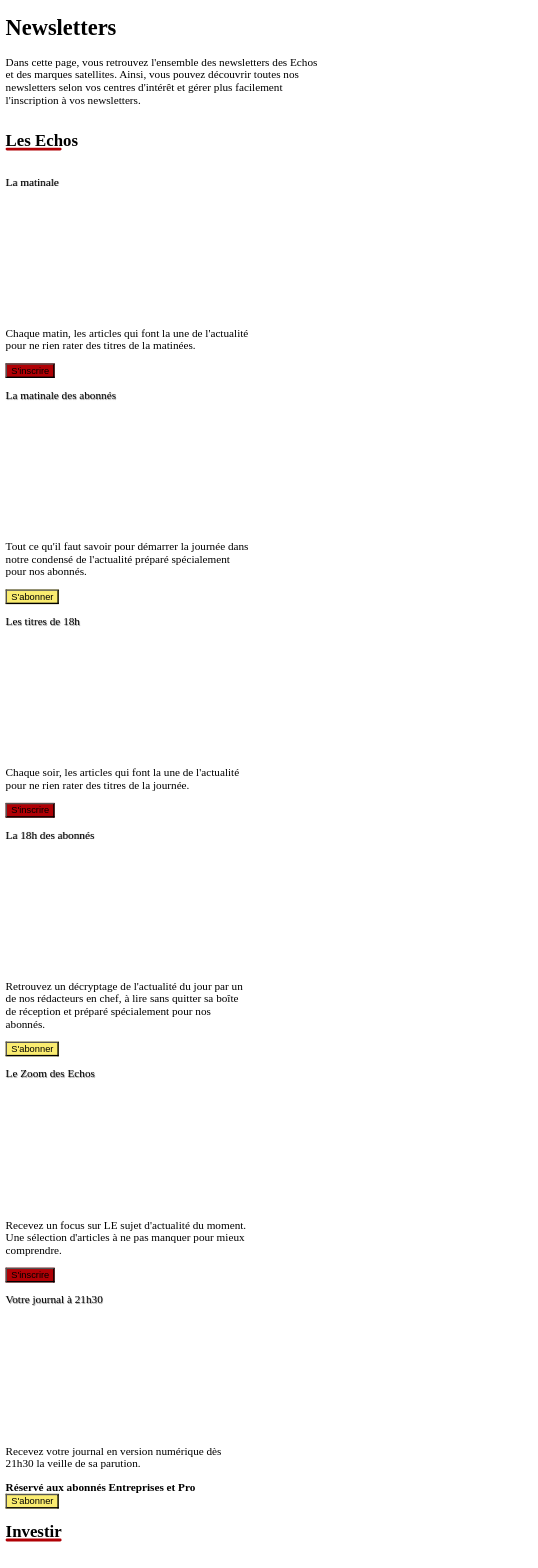
Repository: JeremyBeherec/technical-test-les-echos
Page: /
These files come from the project's save history. The page is drawn as it stood at one moment and after a run of saves; the edit follows.
The browser window is 768 px wide. The pictures show the part of the page from y = 0 to 2240 px (the page is 3096 px tall before and 3078 px after), at 70% of full size.
The project was rebuilt for these pictures with package versions that can differ from the ones it lists, and the page was loaded fresh each time. Also part of the build but not shown: vite.config.ts.

Above is the page before, as saved 2024-04-17 16:19:05.

### index.html
<!doctype html>
<html lang="en">
  <head>
    <meta charset="UTF-8" />
    <link rel="icon" href="/icon.png" />
    <meta name="viewport" content="width=device-width, initial-scale=1.0" />
    <title>Les Echos Newsletters</title>
  </head>
  <body>
    <div id="root"></div>
    <script type="module" src="/src/main.tsx"></script>
  </body>
</html>

### src/main.tsx
import React from 'react';
import ReactDOM from 'react-dom/client';
import 'tailwindcss/tailwind.css';

import { Router } from './Router.tsx';
import './index.css';

ReactDOM.createRoot(document.getElementById('root')!).render(
  <React.StrictMode>
    <Router />
  </React.StrictMode>,
);

### src/Router.tsx
import { BrowserRouter, Routes, Route, Navigate } from 'react-router-dom';

import { Newsletters } from './components/pages/Newsletters';

export const Router = () => {
  return (
    <BrowserRouter>
      <Routes>
        {/** since there is no "home page" in this test, redirect the root path to the newsletters */}
        <Route path="/" element={<Navigate to="/newsletters" />} />
        <Route path="/newsletters" element={<Newsletters />} />
      </Routes>
    </BrowserRouter>
  );
}

### src/index.css
:root {
  --accent-main: #b00005;
  --accent-secondary: #faec70;
}

### src/components/pages/Newsletters/index.ts
export * from './Newsletters';

### src/components/pages/Newsletters/Newsletters.tsx
import { Article } from '~/components/molecules/Article';
import { lesEchos, investments } from '~/data/newsletters';

import { Header } from './Header';
import './Newsletters.css';

export const Newsletters = () => {
  return (
    <div className="flex justify-center">
      <div className="flex flex-col gap-4 container p-4">
        <Header />

        <main className="flex flex-col gap-12">
          <section className="flex flex-col gap-6">
            <h2 className="text-xl font-bold uppercase text-with-border pb-4">Les Echos</h2>

            <div className="flex gap-4 flex-wrap justify-around">
              {lesEchos.map(newsletter => (
                <Article
                  key={newsletter.id}
                  title={newsletter.title}
                  description={newsletter.description}
                  note={newsletter.note}
                  accessType={newsletter.accessType}
                />
              ))}
            </div>
          </section>

          <section className="flex flex-col gap-6">
            <h2 className="text-xl font-bold uppercase text-with-border pb-4">Investir</h2>

            <div className="flex gap-4 flex-wrap justify-around">
              {investments.map(newsletter => (
                <Article
                  key={newsletter.id}
                  title={newsletter.title}
                  description={newsletter.description}
                  note={newsletter.note}
                  accessType={newsletter.accessType}
                />
              ))}
            </div>
          </section>
        </main>
      </div>
    </div>
  );
}

### src/data/newsletters.ts
import type { Newsletter } from '~/types';

export const lesEchos: Newsletter[] = [
  {
    id: 1,
    title: 'La matinale',
    description: 'Chaque matin, les articles qui font la une de l\'actualité pour ne rien rater des titres de la matinées.',
    accessType: 'register',
  },
  {
    id: 2,
    title: 'La matinale des abonnés',
    description: 'Tout ce qu\'il faut savoir pour démarrer la journée dans notre condensé de l\'actualité préparé spécialement pour nos abonnés.',
    accessType: 'subscription',
  },
  {
    id: 3,
    title: 'Les titres de 18h',
    description: 'Chaque soir, les articles qui font la une de l\'actualité pour ne rien rater des titres de la journée.',
    accessType: 'register',
  },
  {
    id: 4,
    title: 'La 18h des abonnés',
    description: 'Retrouvez un décryptage de l\'actualité du jour par un de nos rédacteurs en chef, à lire sans quitter sa boîte de réception et préparé spécialement pour nos abonnés.',
    accessType: 'subscription',
  },
  {
    id: 5,
    title: 'Le Zoom des Echos',
    description: 'Recevez un focus sur LE sujet d\'actualité du moment. Une sélection d\'articles à ne pas manquer pour mieux comprendre.',
    accessType: 'register',
  },
  {
    id: 6,
    title: 'Votre journal à 21h30',
    description: 'Recevez votre journal en version numérique dès 21h30 la veille de sa parution.',
    note: 'Réservé aux abonnés Entreprises et Pro',
    accessType: 'subscription',
  },
];

export const investments: Newsletter[] = [
  {
    id: 1,
    title: 'Enquête de la semaine',
    description: 'Chaque semaine, les enquêtes de la Rédaction sur une valeur, un secteur ou un événement marché pour améliorer votre connaissance du marché.',
    accessType: 'public',
  },
  {
    id: 2,
    title: 'Placements',
    description: 'Immobilier, assurance-vie, fiscalité... tous les conseils de la Rédaction pour vous aider à faire les meilleurs placements.',
    accessType: 'public',
  },
  {
    id: 3,
    title: 'Morning mail',
    description: 'Les dernières informations marchés et valeurs à connaitre avant l\'ouverture de la séance pour faciliter vos arbitrages.',
    accessType: 'public',
  },
];

### src/components/pages/Newsletters/Newsletters.css
.container {
  width: 70%;
}

@media screen and (min-width: 768px) {
  .container {
    width: 60%;
  }
}

.text-with-border {
  display: inline-block;
  position: relative;
  height: 150%;
}

.text-with-border::after {
  content: "";
  position: absolute;
  bottom: 0;
  left: 0;
  width: 80px;
  height: 4px;
  background-color: var(--accent-main);
  border-radius: 6px;
}

### src/components/molecules/Article/Article.tsx
import { tv } from 'tailwind-variants';

import type { NewsletterAccessType } from '~/types';

import './Article.css';

const button = tv({
  base: 'px-8 py-2 rounded-full font-bold text-sm',
  variants: {
    accessType: {
      register: 'text-white register-button',
      subscription: 'text-black subscription-button',
    },
  },
});

const buttonText = {
  register: 'S\'inscrire',
  subscription: 'S\'abonner',
};

export const Article = ({ title, description, note, accessType }: ArticleProps) => {
  return (
    <article className="flex flex-col gap-4 justify-center" style={{ width: 350 }}>
      <div className="bg-gray-300 flex justify-center items-center" style={{ height: 200 }}>
        <p className="text-white text-3xl font-bold text-center" style={{ textShadow: '1px 1px 1px #0006' }}>{title}</p>
      </div>

      <div className="flex flex-col justify-center">
        <p className="text-center text-wrap">{description}</p>
        <strong className="text-center text-wrap">{note}</strong>
      </div>

      {accessType !== 'public' && (
        <div className="flex justify-center">
          <button className={button({ accessType })}>{buttonText[accessType]}</button>
        </div>
      )}
    </article>
  );
}

export interface ArticleProps {
  title: string;
  description: string;
  note?: string;
  accessType: NewsletterAccessType;
}

### src/components/pages/Newsletters/Header/Header.tsx
export const Header = () => {
  return (
    <header className="bg-gray-100 text-center py-6 px-4 rounded-xl">
      <h1 className="text-3xl font-bold uppercase mb-4">Newsletters</h1>

      <p>Dans cette page, vous retrouvez l'ensemble des newsletters des Echos et des marques satellites. Ainsi, vous pouvez découvrir toutes nos newsletters selon vos centres d'intérêt et gérer plus facilement l'inscription à vos newsletters.</p>
    </header>
  );
}

### src/components/molecules/Article/Article.css
.container {
  width: 70%;
}

.text-with-border {
  display: inline-block;
  position: relative;
  height: 150%;
}

.text-with-border::after {
  content: "";
  position: absolute;
  bottom: 0;
  left: 0;
  width: 80px;
  height: 4px;
  background-color: var(--accent-main);
  border-radius: 6px;
}

.register-button {
  background-color: var(--accent-main);
}

.subscription-button {
  background-color: var(--accent-secondary);
}

Loaded but not shown: src/components/molecules/Article/index.ts (common file); src/components/pages/Newsletters/Header/index.ts (common file)

After the next 2 saves:
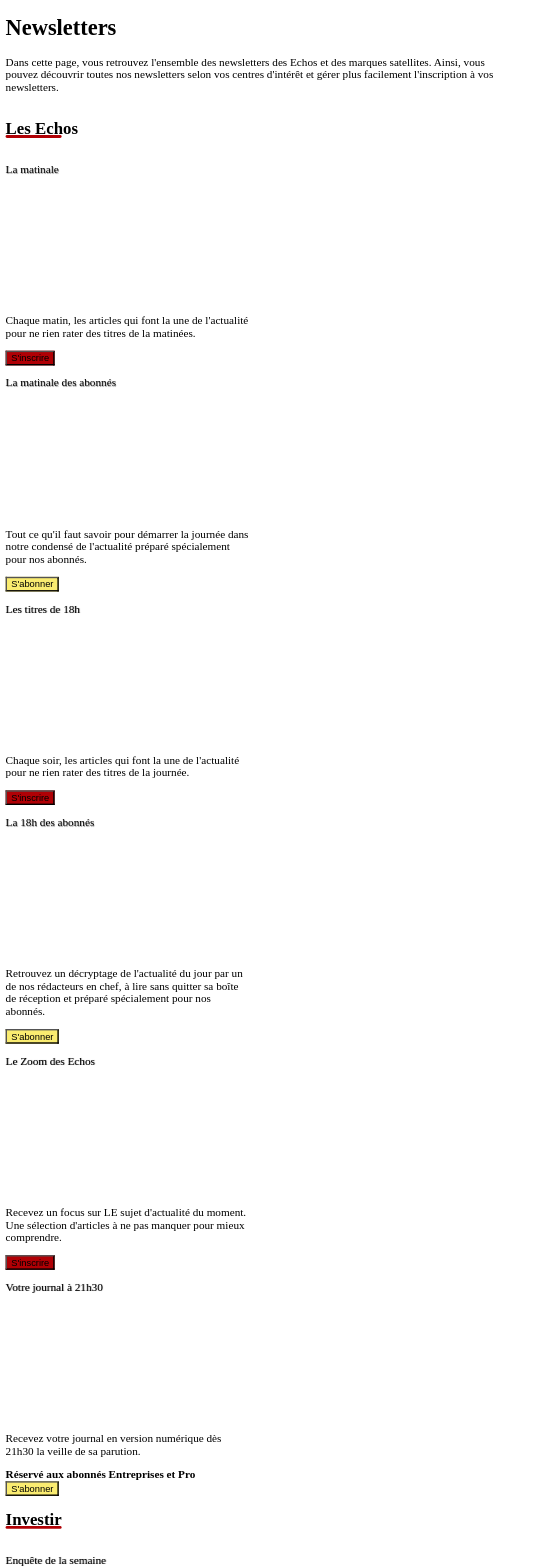
The 2 saves are shown as one change because they came seconds apart.
The last was saved 2 min 43 s later.
--- a/src/components/pages/Newsletters/Newsletters.css
+++ b/src/components/pages/Newsletters/Newsletters.css
@@ -2,9 +2,9 @@
   width: 70%;
 }
 
-@media screen and (min-width: 768px) {
+@media (max-width: 768px) {
   .container {
-    width: 60%;
+    width: 95%;
   }
 }
 
